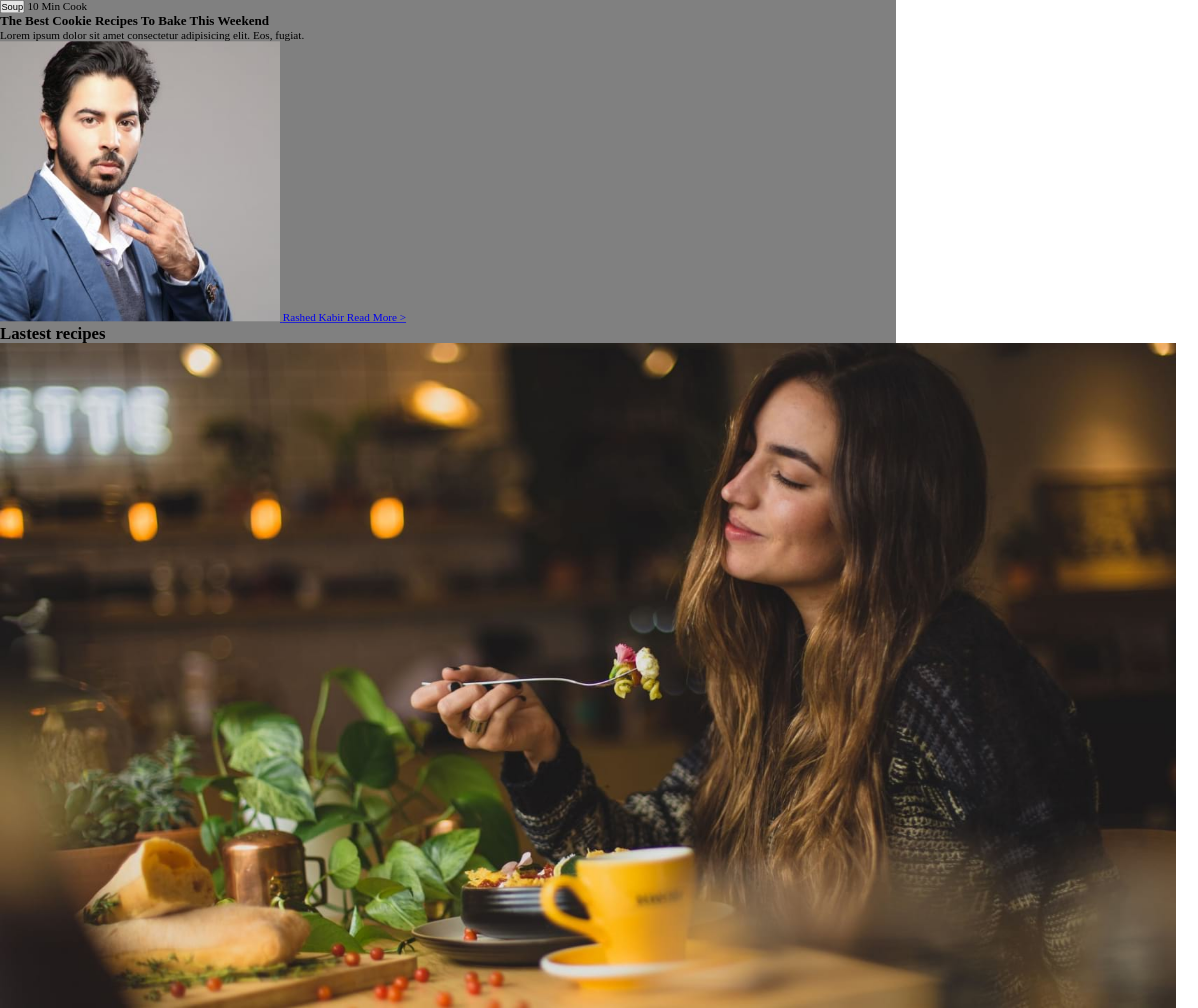
Repository: ngoctinvo/diner_project_cybersoft
Page: html/blog.html
The author's editor kept a copy of each file at every save. The page is drawn from the files as they stood at one save, then again after the next save.
The browser window is 1280 px wide. The page is 1680 px wide, then 1712 px, so the pictures cover 1712 px, including what lies to the right of the window. The pictures show the part of the page from y = 0 to 1440 px (the page is 6222 px tall before and 6382 px after), at 70% of full size.
The style sheet was rebuilt from its Sass, Less or Tailwind sources for each picture, by a compiler version that may differ from the author's.

Above is the page before, as saved 2022-04-16 21:43:44.

### html/blog.html
<!DOCTYPE html>
<html lang="en">

<head>
    <meta charset="UTF-8">
    <meta http-equiv="X-UA-Compatible" content="IE=edge">
    <meta name="viewport" content="width=device-width, initial-scale=1.0">
    <title>Document</title>
    <link rel="stylesheet" href="../css/blog.css">
</head>

<body>
    <header></header>
    <section class="blog">
        <div class="container">
            <div class="title"></div>
            <div class="row">
                <div class="left-posts">
                    <div class="list">
                        <div class="item">
                            <div class="img">
                                <button>Soup</button>
                                <span><i class="fa fa-clock"></i> 10 Min Cook</span>
                            </div>
                            <div class="content">
                                <h3>The Best Cookie Recipes To Bake This Weekend</h3>
                                <p>Lorem ipsum dolor sit amet consectetur adipisicing elit. Eos, fugiat.</p>
                            </div>
                            <div class="author">
                                <a href="#">
                                    <img src="../img/blog/team1.jpg" alt="">
                                    <span>Rashed Kabir</span>
                                </a>
                                <a href="#">Read More ></a>
                            </div>
                        </div>
                    </div>
                    <div class="control-btn"></div>
                </div>
                <div class="right-posts">
                    <div class="right-container">
                        <div class="item latest-recipes">
                            <h2>Lastest recipes</h2>
                            <div class="list">
                                <div class="item">
                                    <img src="../img/blog/banner1.jpg">
                                    <span>How to make capuccino</span>
                                </div>
                                <div class="item">
                                    <img src="../img/blog/banner1.jpg">
                                    <span>How to make capuccino</span>
                                </div>
                                <div class="item">
                                    <img src="../img/blog/banner1.jpg">
                                    <span>How to make capuccino</span>
                                </div>
                                <div class="item">
                                    <img src="../img/blog/banner1.jpg">
                                    <span>How to make capuccino</span>
                                </div>
                            </div>
                        </div>
                    </div>
                    <div class="item trending-posts">
                        <h3>Trending posts</h3>
                        <div class="list">
                            <div class="item">
                                <img src="../img/blog/g3.jpg" alt="">
                                <div class="info">
                                    <p>12 Curry Recipes You’ll Ever Need</p>
                                    <span>Feb 4, 2021</span>
                                </div>
                            </div>
                        </div>
                    </div>
                    <div class="item categories">
                        <h3>Categories</h3>
                        <ul>
                            <li>
                                <a href="#">Desserts</a>
                            </li>
                            <li>
                                <a href="#">Cakes and Biscuits</a>
                            </li>
                            <li>
                                <a href="#">Food recipes</a>
                            </li>

                        </ul>
                    </div>
                    <div class="item advertisement">
                        <h3>Advertisement</h3>
                        <img src="../img/blog/g1.jpg" alt="">
                    </div>
                </div>
            </div>
        </div>
        </div>
    </section>
    <footer></footer>
</body>

</html>

### sass/blog.scss
* {
    margin: 0;
    padding: 0;
    box-sizing: border-box;
}

.blog {
    .container {
        width: 100%;
        background-color: gray;
    }
}

After the next save:
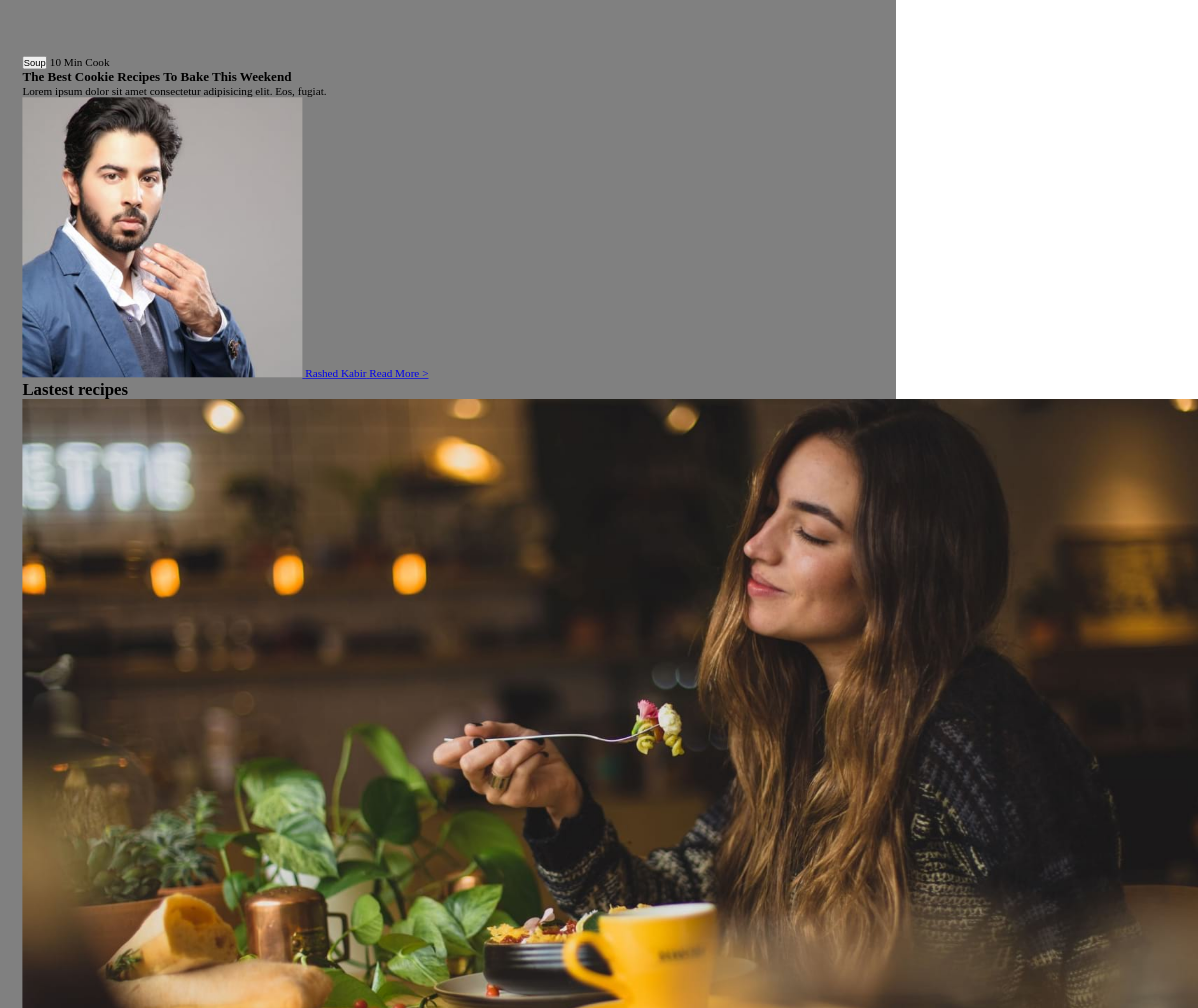
Saved 103 s later.
--- a/sass/blog.scss
+++ b/sass/blog.scss
@@ -5,8 +5,19 @@
 }
 
 .blog {
+    color: black;
     .container {
         width: 100%;
         background-color: gray;
+        padding: 5rem 2rem;
+        .title {
+            p {
+                color: orange;
+                font-size: 1rem;
+            }
+            h1 {
+                font-size: 2rem;
+            }
+        }
     }
 }
